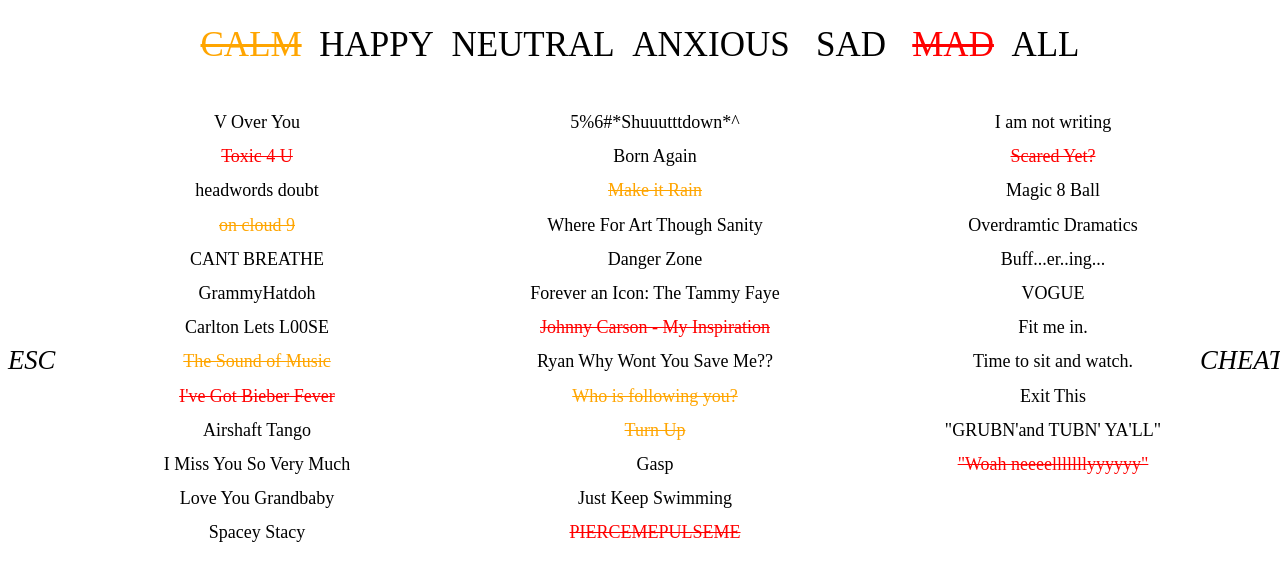
Repository: bradk647/bradk647.github.io
Page: cheat/madcheat.html
The author's editor kept a record of every edit. The page is drawn from the files as they stood at one moment, then again after the next edit.
The browser window is 1280 px wide. The pictures show the whole page.

Above is the page before.

### cheat/madcheat.html
<html>
    <head>
        <title>
           U R CHEATR?
        </title>
        <link rel="stylesheet" type="text/css" href="madcheat.css">

        <link rel="icon" href="../BUGS018.png" sizes="16x16 32x32" type="image/png">

    </head>

    <body>
        <div class="wrappertext">
            <a href="calmcheat.html"><div id="orange" style="display: inline-block;">CALM</div></a>&nbsp;
            <a href="happycheat.html"><div id="pink" style="display: inline-block;">HAPPY</div></a>&nbsp;
            <a href="neutralcheat.html"><div id="yellow" style="display: inline-block;">NEUTRAL</div></a>&nbsp;
            <a href="anxiouscheat.html"><div id="green" style="display: inline-block;">ANXIOUS</div></a> &nbsp;
            <a href="sadcheat.html"><div id="blue" style="display: inline-block;">SAD</div></a> &nbsp;
            <a href="madcheat.html"><div id="red" style="display: inline-block;">MAD</div></a>&nbsp;
            <a href="allcheat.html"><div id="all" style="display: inline-block;">ALL</div></a>
         </div>

         <div class="leftwrapper">
                <div class="esc">
                    <a href="../indexbunny.html">ESC</a> <br />
                </div>
            </div>

         <div class="rightwrapper">
                <div class="cheat">
                    <a href="cheatpage.html">CHEAT</a> <br />
                </div>
            </div>

        <ul>

            <a href="../bunny/VOverYou.html" div id="yellow"><li>V Over You</li></a>
            <a href="../bunny/brit.html" div id="red"><li>Toxic 4 U</li></a>
            <a href="../bunny/headwords.html" div id="blue"><li>headwords doubt</li></a>
            <a href="../bunny/clouds.html" div id="orange"><li>on cloud 9</li></a>
            <a href="../bunny/constriction.html" div id="green"><li>CANT BREATHE</li></a>
            <a href="../bunny/GrammyHatdoh.html" div id="pink"><li>GrammyHatdoh</li></a>
            <a href="../bunny/disco.html" div id="pink"><li>Carlton Lets L00SE</li></a>
            <a href="../bunny/moutaintop.html" div id="orange"><li>The Sound of Music</li></a>
            <a href="../bunny/bieber.html" div id="red"><li>I've Got Bieber Fever</li></a>
            <a href="../bunny/AirshaftTango.html" div id="green"><li>Airshaft Tango</li></a>
            <a href="../bunny/IMissYouSoVeryMuch.html" div id="blue"><li>I Miss You So Very Much</li></a>
            <a href="../bunny/oldpeople.html" div id="pink"><li>Love You Grandbaby</li></a>
            <a href="../bunny/SpaceyStacy.html" div id="yellow"><li>Spacey Stacy</li></a>
            <a href="../bunny/Shutdown.html" div id="green"><li>5%6#*Shuuutttdown*^</li></a>
            <a href="../bunny/BornAgain.html" div id="green"><li>Born Again</li></a>
            <a href="../bunny/MakeItRain.html" div id="orange"><li>Make it Rain</li></a>
            <a href="../bunny/shakespere.html" div id="green"><li>Where For Art Though Sanity </li></a>
            <a href="../bunny/dangerzone.html" div id="pink"><li>Danger Zone </li></a>
            <a href="../bunny/tammyfaye.html" div id="blue"><li>Forever an Icon: The Tammy Faye</li></a>
            <a href="../bunny/SHOUT.html" div id="red"><li>Johnny Carson - My Inspiration </li></a>
            <a href="../bunny/buried.html" div id="green"><li>Ryan Why Wont You Save Me??</li></a>
            <a href="../bunny/WhoIsFollowingYou.html" div id="orange"><li>Who is following you?</li></a>
            <a href="../bunny/padded.html" div id="orange"><li>Turn Up</li></a>
            <a href="../bunny/poem1.html" div id="green"><li>Gasp</li></a>
            <a href="../bunny/DORI.html" div id="pink"><li>Just Keep Swimming</li></a>
            <a href="../bunny/PUSLEME.html" div id="red"><li>PIERCEMEPULSEME</li></a>
            <a href="../bunny/NotWriting.html" div id="green"><li>I am not writing</li></a>
            <a href="../bunny/knife.html" div id="red"><li>Scared Yet?</li></a>
            <a href="../bunny/magic8ball.html" div id="yellow"><li>Magic 8 Ball</li></a>
            <a href="../bunny/overdrama.html" div id="blue"><li>Overdramtic Dramatics</li></a>
            <a href="../bunny/textmess.html" div id="yellow"><li>Buff...er..ing...</li></a>
            <a href="../bunny/insta.html" div id="yellow"><li>VOGUE</li></a>
            <a href="../bunny/mold.html" div id="green"><li>Fit me in.</li></a>
            <a href="../bunny/window.html" div id="yellow"><li>Time to sit and watch.</li></a>
            <a href="../bunny/exit.html" div id="blue"><li>Exit This</li></a>
            <a href="../bunny/snackz.html" div id="pink"><li>"GRUBN'and TUBN' YA'LL"</li></a>
            <a href="../bunny/indexvid1.html" div id="red"><li>"Woah neeeelllllllyyyyyy"</li></a>


        </ul>

    </body>
</html>

### cheat/madcheat.css
body{
            background-color:white;
        }

        .wrappertext {
            text-align:center;
            font-family: "Times New Roman",serif;
            font-size:35px;
            margin-top:25px;
        }

       .leftwrapper {
            width:50%;
            float: left;

        }

        .rightwrapper{
            width:50%;
            float: right;
        }

        .esc {
        	position: fixed;
        	top: 50%;
        	font-size: 20pt;
        	font-style:italic;
        	-webkit-transform: translateY (-50%);
        	   -moz-transform: translateY(-50%);
        			transform: translateY(-50%);
        }

        .cheat {
            color:black;
            font-family:"Times New Roman",serif;
            font-size:20pt;
            font-style:italic;
            position: fixed;
            top: 50%;
            /*left:990px;*/
            left: 97%;
            /*margin-right: -100%;*/
            transform: translate(-50%, -50%)
            }

        a:link {
                text-decoration: none;
                color:black;
            }

            a:visited {
                text-decoration: none;
                color:black;
            }

            a:hover {
                text-decoration: line-through;
            }

            a:active {
                text-decoration: underline;
            }



            #red {
                color: red;
                text-decoration: line-through;
            }
            #green:hover {
                color: green;
                text-decoration: line-through;
            }
           #blue:hover {
                color: blue;
                text-decoration: line-through;
            }
            #yellow:hover {
                color: yellow;
                text-decoration: line-through;
            }
            #orange {
                color: orange;
                text-decoration: line-through;
            }
            #pink:hover {
                color: #FF69B4;
                text-decoration: line-through;
            }

            #all:hover {
                color:black;
                text-decoration: line-through;
            }

           /* #red1:hover {*/
           /*     color: red;*/
           /*     text-decoration: line-through;*/
           /* }*/
           /* #green1:hover {*/
           /*     color: green;*/
           /*     text-decoration: line-through;*/
           /* }*/
           /*#blue1:hover {*/
           /*     color: blue;*/
           /*     text-decoration: line-through;*/
           /* }*/
           /* #yellow1:hover {*/
           /*     color: yellow;*/
           /*     text-decoration: line-through;*/
           /* }*/
           /* #orange1:hover {*/
           /*     color: orange;*/
           /*     text-decoration: line-through;*/
           /* }*/
           /* #pink1:hover {*/
           /*     color: #FF69B4;*/
           /*     text-decoration: line-through;*/
           /* }*/

            ul {
                font-family:"Times New Roman",serif;
                font-size:18px;
                line-height:1.9em;
                list-style-type: none;
            	counter-reset: section;

            	-moz-column-count: 3;
                -moz-column-gap: 20px;
                -webkit-column-count: 3;
                -webkit-column-gap: 10px;
                column-count: 3;
                column-gap: 10px;

                text-align: center;
                vertical-align: middle;
                margin-right:40px;
                margin-top:40px;
            }

            ul li
            {
            	padding-left: 30px;
            	position: relative;
            }

            ul li:before
            {

            	margin: 0 0 0 -34px;
            	text-align: center;
            	width: 2em;
            	display: inline-block;
            	position: absolute;
            	height: 100%;

            }

After the next edit:
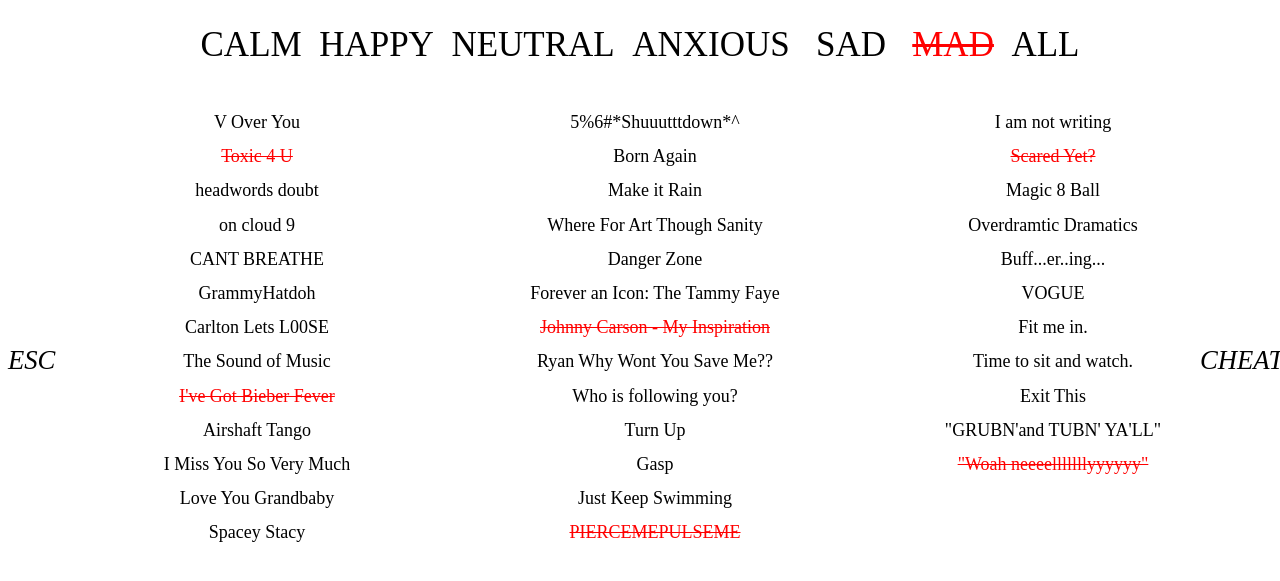
The edit:
--- a/cheat/madcheat.css
+++ b/cheat/madcheat.css
@@ -79,7 +79,7 @@
                 color: yellow;
                 text-decoration: line-through;
             }
-            #orange {
+            #orange:hover {
                 color: orange;
                 text-decoration: line-through;
             }
